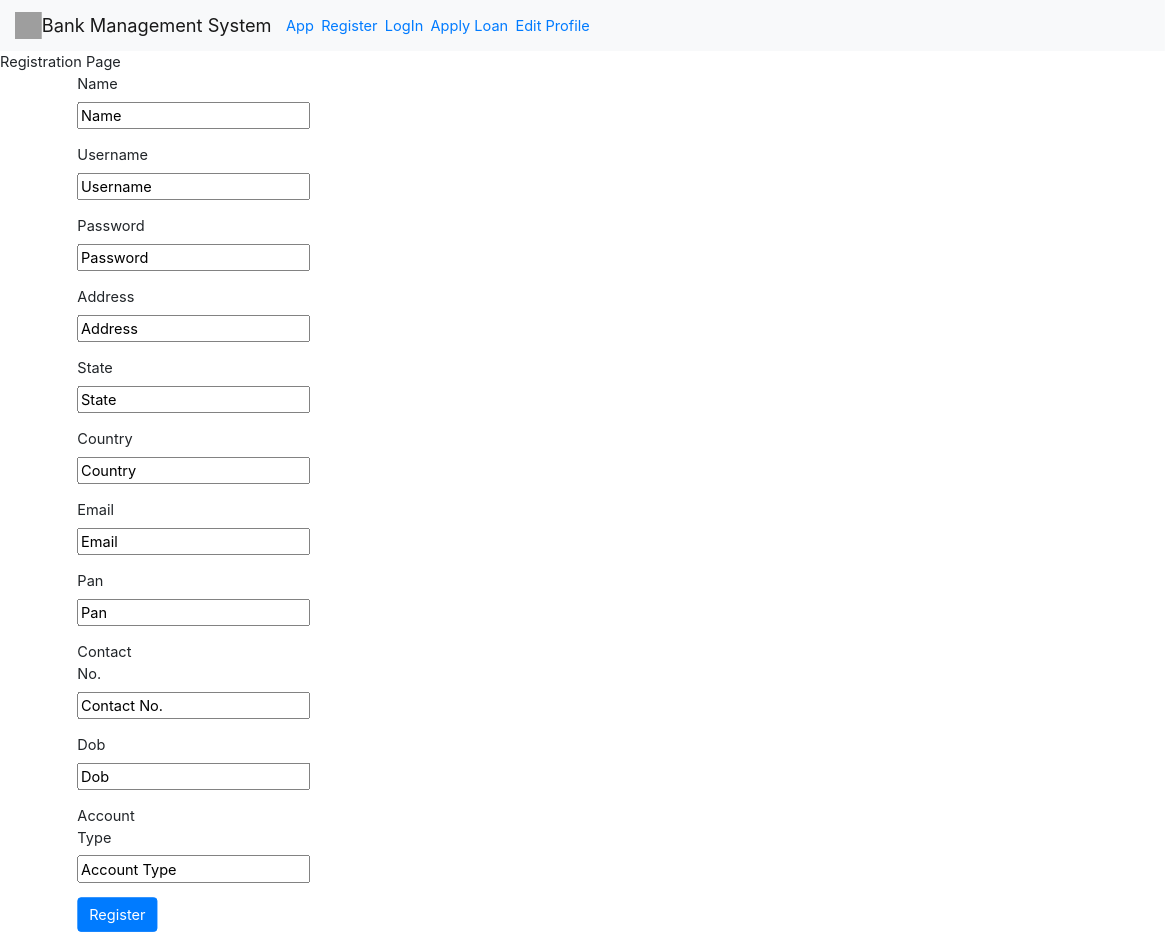
Repository: Nilkumar-Sharma/Bank-Management-System-Frontend-React
Page: /register
These files come from the project's save history. The page is drawn as it stood at one moment and after the next save; the edit follows.
The browser window is 1280 px wide. The pictures show the whole page, at 91% of full size.
Pictures or frames that could not be fetched are drawn as grey boxes. The project was rebuilt for these pictures with package versions that can differ from the ones it lists, and the page was loaded fresh each time. Also part of the build but not shown: src/App.css, src/Counter/Counter.js, src/App.js, src/components/Register/Register.module.scss, src/components/LogIn/LogIn.module.scss, src/components/LogIn/LogIn.js, src/components/Loan/Loan.module.scss, src/components/Loan/Loan.js and 1 more.

Above is the page before, as saved 2020-07-28 13:31:50.

### src/index.js
import React from 'react';
import ReactDOM from 'react-dom';
import './index.css';
import App from './App';
import * as serviceWorker from './serviceWorker';
import { Provider } from 'react-redux'
import { createStore } from 'redux'
import rootReducer from './store/reducer'
import { BrowserRouter, Switch,Route,Link } from 'react-router-dom';
import Register from './components/Register/Register'
import { createBrowserHistory } from 'history';
import 'bootstrap/dist/css/bootstrap.min.css';
import LogIn from './components/LogIn/LogIn';
import Loan from './components/Loan/Loan'
import UpdateProfile from './components/Profile/UpdateProfile';

const store = createStore(rootReducer);
store.subscribe(_=>console.log(store.getState()))

ReactDOM.render(
  <Provider store={store}>
    <React.StrictMode>
      <BrowserRouter>

        <nav className="navbar navbar-expand-lg navbar-light bg-light ">
          {/* header */}
          <a className="navbar-brand" href="#">
            <img src="/docs/4.0/assets/brand/bootstrap-solid.svg" width="30" height="30" className="d-inline-block align-top" alt=""></img>
              Bank Management System
  </a>

          <ul className="navbar-nav  mr-auto">
          <li className="nav-item mr-2">
            <Link to="/">App</Link>
            </li>
            <li className="nav-item mr-2">
            <Link to="/register">Register</Link>
          </li>
            <li className="nav-item mr-2">
            <Link to="/login">LogIn</Link>
            </li>
            <li className="nav-item mr-2">
              <Link to="/loan">Apply Loan</Link>
            </li>
            <li className="nav-item mr-2">
              <Link to="/edit">Edit Profile</Link>
            </li>
          </ul>
        </nav>


      {/* A <Switch> looks through its children <Route>s and
            renders the first one that matches the current URL. */}
      <Switch>
        <Route exact path="/">
          <App />
          </Route>
          <Route exact path="/register">
            <Register />
          </Route>
          <Route path="/login">
            <LogIn/>
          </Route>
          <Route path="/loan">
            <Loan></Loan>
          </Route>
          <Route path="/edit">
            <UpdateProfile></UpdateProfile>
          </Route>
      </Switch>
      </BrowserRouter>
    </React.StrictMode>

  </Provider>,
  document.getElementById('root')
);

// If you want your app to work offline and load faster, you can change
// unregister() to register() below. Note this comes with some pitfalls.
// Learn more about service workers: https://bit.ly/CRA-PWA
serviceWorker.unregister();

### src/store/reducer.js
const initialState = {
    counter: 0
};

const rootReducer = (state = initialState, action) => {
    switch (action.type){
    case "INC":
            return { counter: state.counter + 1 }
        case "DEC":
            return { counter: state.counter - 1 }
        default:
            return state
}
}
export default rootReducer;

### src/components/Register/Register.js
import React, { Component } from 'react';
import InputField from '../Shared/InputField/InputField'
import style from './Register.module.scss';
import MyButton from '../Shared/MyButton/MyButton'
/**
 *  As a Customer, I should be able to register my details in the system so that I can
 * login into the system Acceptance criteria: Customer should be able register the details
 * in the system and it should be saved in the database. Customer should be able to login with
 * a User Id and Password that exists in database.
 * On clicking logout the session should be invalidated and login page must be displayed Capture the
 * details like Name, Username, Password, Address, State, Country, Email Address, PAN, Contact No, DOB,
 * Account Type etc

*/
class Register extends Component{

    render() {
        return (<div>
            Registration Page
            <div className="container">
                <InputField Label="Name"></InputField>
                <InputField Label="Username"></InputField>
                <InputField Label="Password"></InputField>
                <InputField Label="Address"></InputField>
                <InputField Label="State"></InputField>
                <InputField Label="Country"></InputField>
                <InputField Label="Email"></InputField>
                <InputField Label="Pan"></InputField>
                <InputField Label="Contact No."></InputField>
                <InputField Label="Dob"></InputField>
                <InputField Label="Account Type"></InputField>

                <MyButton label="Register"></MyButton>









                </div>
            </div>)
        }
}
export default Register;

### src/components/Shared/InputField/InputField.js
import React, { Component } from 'react';
class InputField extends Component {
    static defaultProps = {
        type: "text",
        changes:(e)=>console.log(e.target),
        label: "Label",
        classes: "",
        value: "",
        id: "setId",
        name: "name",
        placeHolder: "P laceHolder Here",
    }
    constructor(props) {
        super(props);
        this.state = {
            value: this.props.Label
        }

    }
    handleChange(event) {
        this.setState({ value: event.target.value });
        this.props.changes(event);
    }

    render() {
        return (
            // <div className="container-fluid">
            <div className="row">
                <div class="form-group">
                <div className="col-3 .offset-3 ">
                    <label htmlFor={this.props.id}>{this.props.Label}</label>

                </div>
                <div className="col-3">
                    <input name={this.props.name} id={this.props.id} type={this.props.type} onChange={
                        // (this.props.changes) || ((e)=>{this.setState({value:e.target.value})})
                        (event) =>
                            this.handleChange(event)
                    } placeholder={this.props.placeHolder} value={this.state.value}></input>

                    </div>
                </div>
            </div>
        )
    }
}
export default InputField;

### src/components/Shared/MyButton/MyButton.js
/**
 * @props label: name of the button || default is "Label"
 * @props classes: Class Name
 * @props onClick: a function || Default is console.log("clicked")
 *
 */
import React,{Component } from 'react';

class MyButton extends Component {
    static defaultProps = {
        clicked:() => console.log("clicked "),
        label:"Button Label",
        value: "",
        classes: "btn btn-primary"
    }
    constructor(props) {
        super(props);
        console.log(this.props)

    }
    render() {
        return <button className={this.props.classes} onClick={this.props.clicked} value={this.props.value} >{this.props.label}</button>
    }

}

export default MyButton;

Loaded but not shown: public/index.html (common file); src/index.css (common file); src/serviceWorker.js (common file)

After the next save:
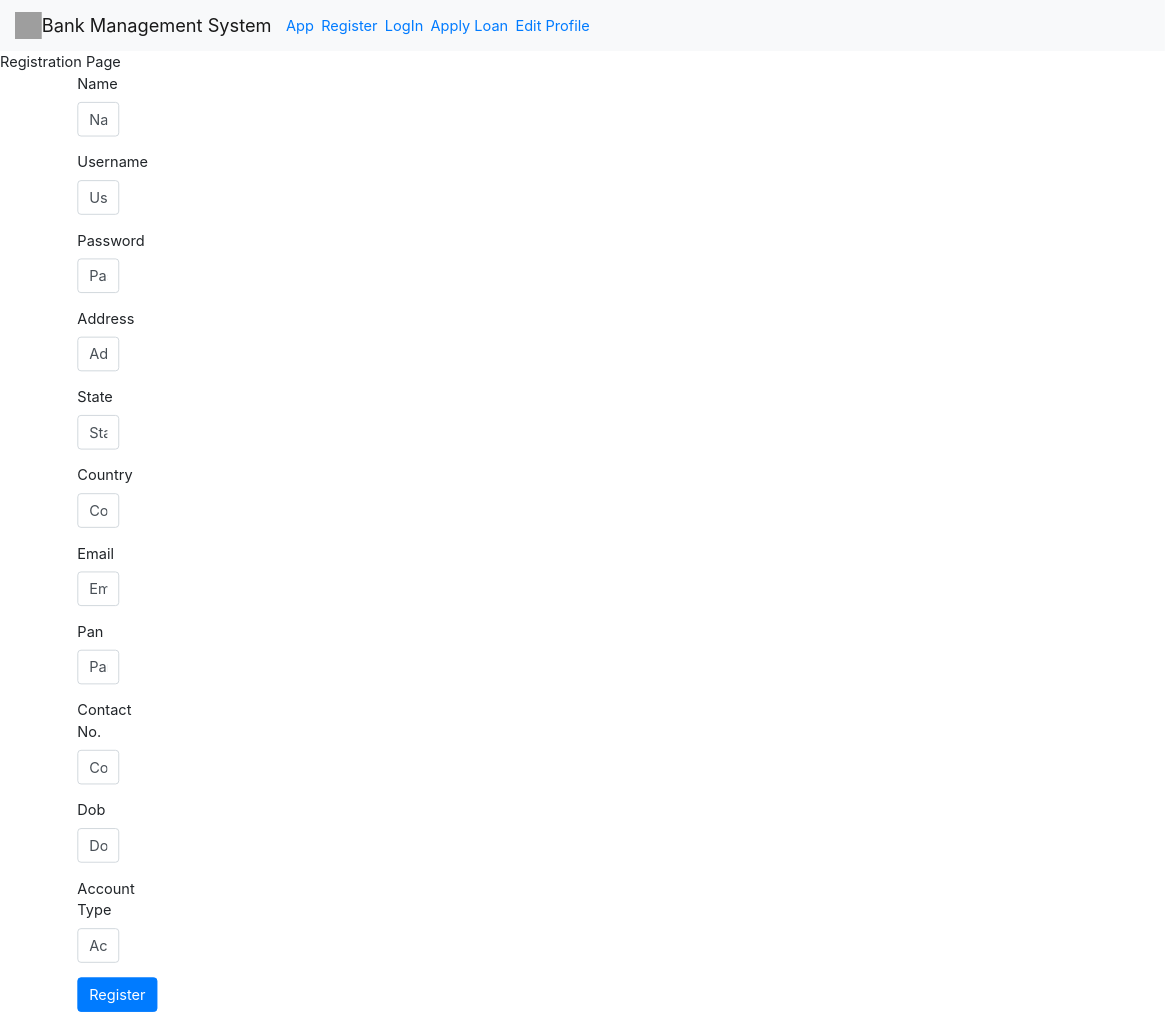
Saved 41 s later.
--- a/src/components/Shared/InputField/InputField.js
+++ b/src/components/Shared/InputField/InputField.js
@@ -32,7 +32,7 @@ class InputField extends Component {
 
                 </div>
                 <div className="col-3">
-                    <input name={this.props.name} id={this.props.id} type={this.props.type} onChange={
+                        <input className="form-control" name={this.props.name} id={this.props.id} type={this.props.type} onChange={
                         // (this.props.changes) || ((e)=>{this.setState({value:e.target.value})})
                         (event) =>
                             this.handleChange(event)
